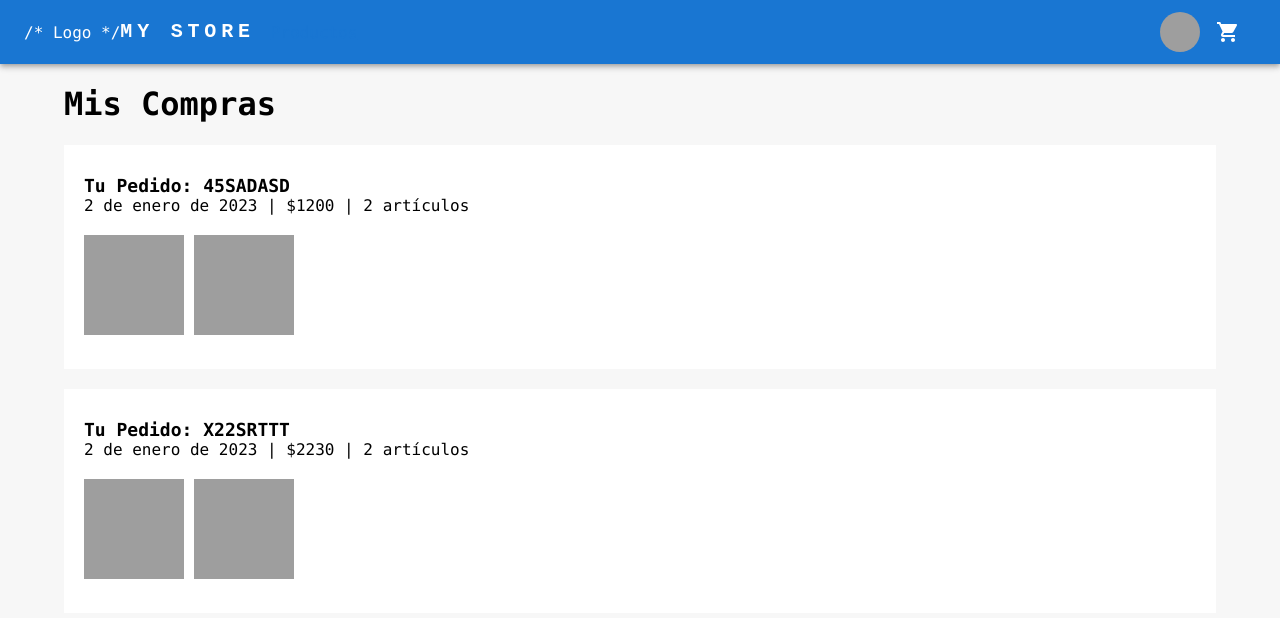
Repository: DanielBorussia/front-my-store
Page: /OrderList
The author's editor kept a copy of each file at every save. The page is drawn from the files as they stood at one save, then again after the next save.
The browser window is 1280 px wide. The pictures show the whole page.
Pictures or frames that could not be fetched are drawn as grey boxes. The project was rebuilt for these pictures with package versions that can differ from the ones it lists, and the page was loaded fresh each time. Also part of the build but not shown: src/components/OrderItem.js, src/containers/MyOrderPreview.js, src/components/ProductItem.js, src/hooks/useGetProducts.js, src/shared/Loading.js, src/containers/ProductList.js, src/pages/Home.js.

Above is the page before, as saved 2023-07-01 17:22:50.

After the next save:
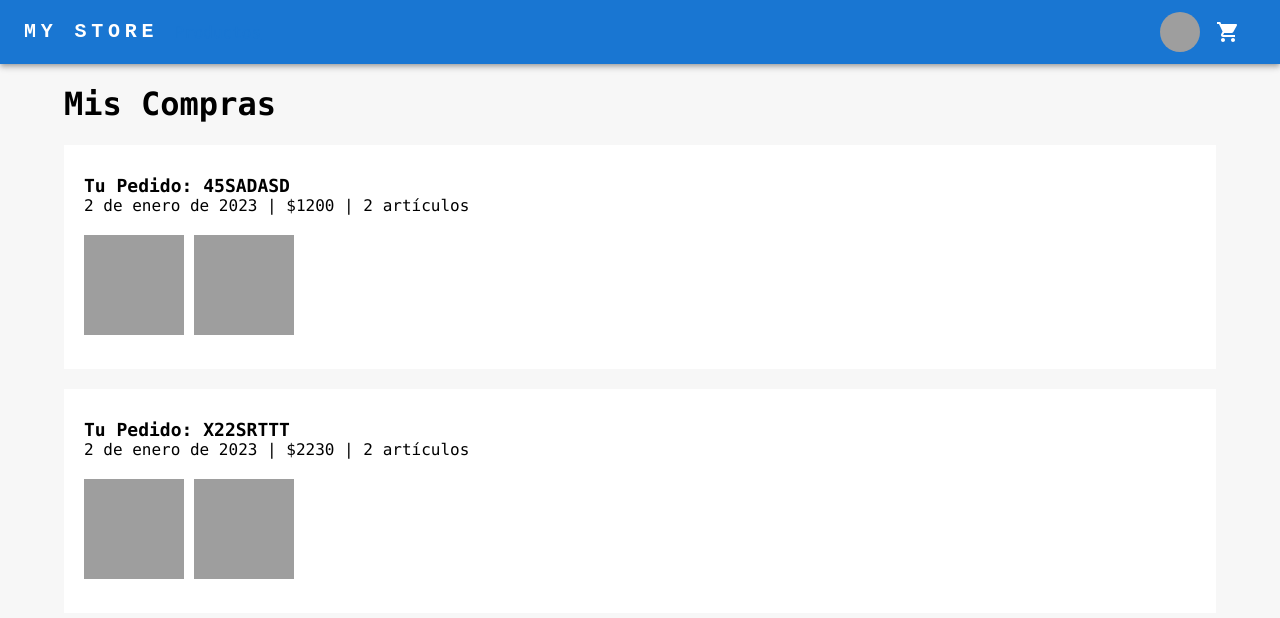
Saved 10 s later.
--- a/src/components/Header.js
+++ b/src/components/Header.js
@@ -47,7 +47,7 @@ const Header = () => {
     <AppBar position="static">
       <Container maxWidth="xl">
         <Toolbar disableGutters>
-            /* Logo */
+            {/* Logo */}
             <Typography
               variant="h6"
               noWrap
